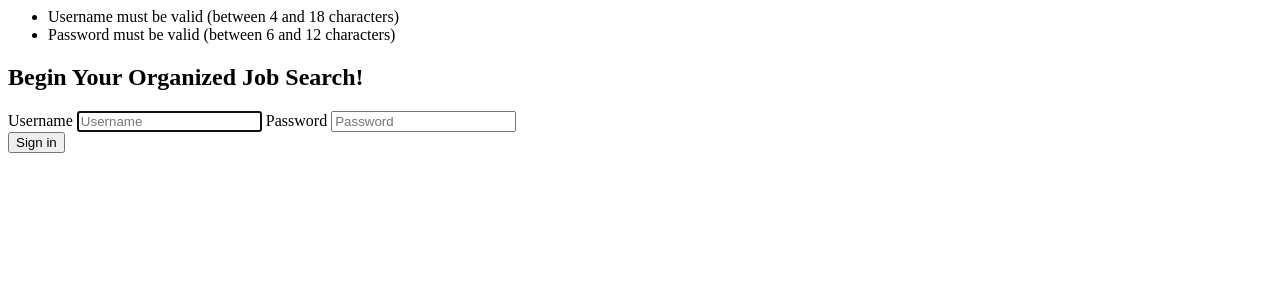
Repository: AnnieFisher/blog
Page: BlogMVC/WebContent/register.view.html
These files come from the project's save history. The page is drawn as it stood at one moment and after the next save; the edit follows.
The browser window is 1280 px wide. The pictures show the whole page.

Above is the page before, as saved 2016-12-21 06:07:36.

After the next save:
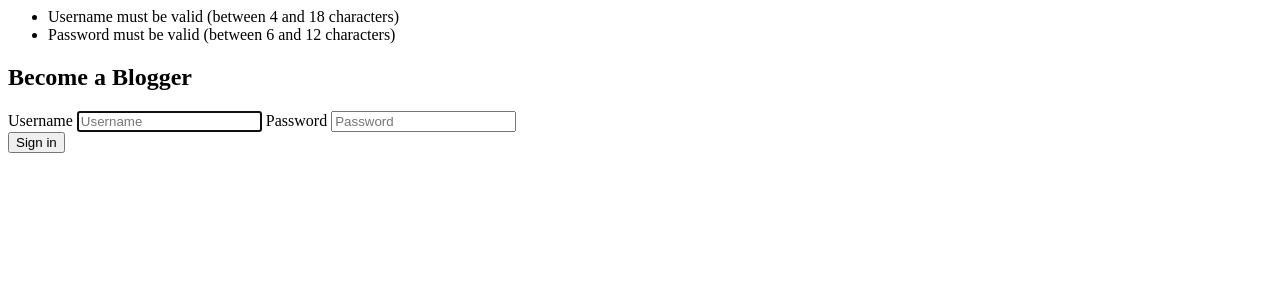
Saved 4 min 41 s later.
--- a/BlogMVC/WebContent/register.view.html
+++ b/BlogMVC/WebContent/register.view.html
@@ -16,7 +16,7 @@
 </div>
 
       <form name="registration" ng-action="genUser(user)" class="form-signin" novalidate>
-        <h2 class="form-signin-heading">Begin Your Organized Job Search!</h2>
+        <h2 class="form-signin-heading">Become a Blogger</h2>
 
         <label for="inputUsername" class="sr-only">Username</label>
         <input ng-model="user.username" name="username" type="text" id="inputUsername" class="form-control" placeholder="Username" required autofocus
